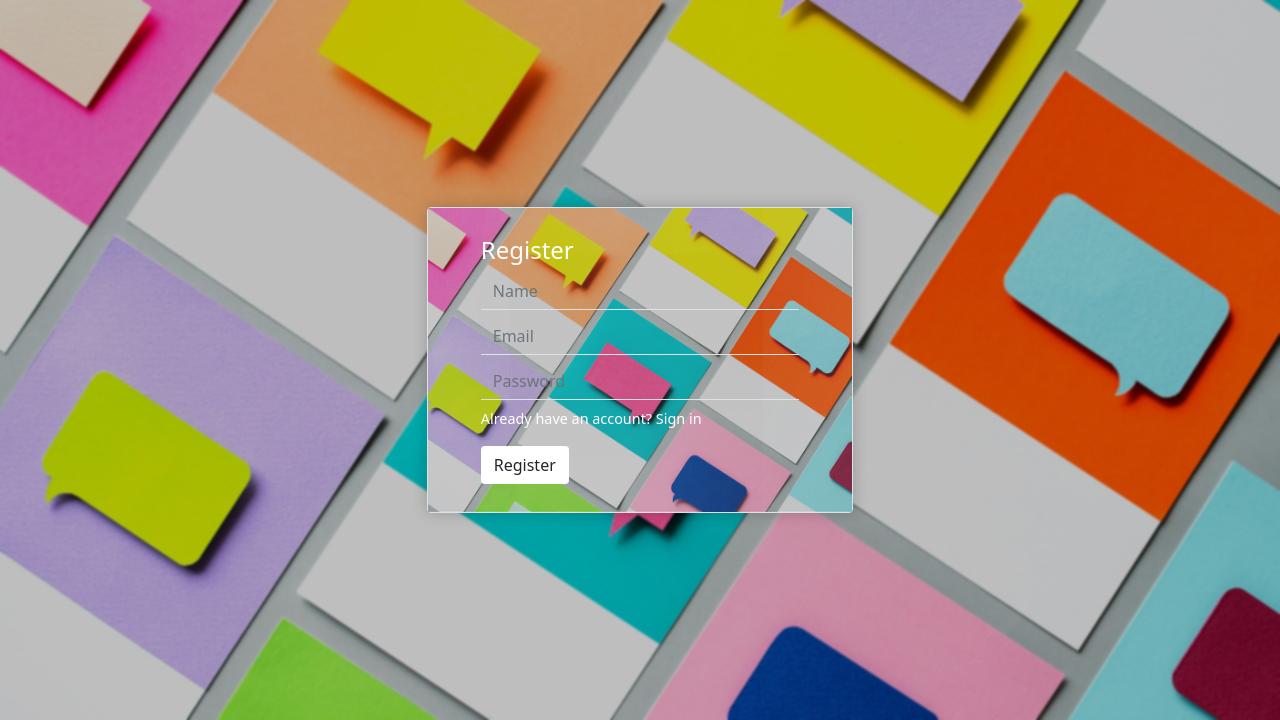
Repository: SaudCh/React-login
Page: /register
These files come from the project's save history. The page is drawn as it stood at one moment and after the next save; the edit follows.
The browser window is 1280 px wide. The pictures show the whole page.
The project was rebuilt for these pictures with package versions that can differ from the ones it lists, and the page was loaded fresh each time. Also part of the build but not shown: src/Components/Login/loginValidation.js, src/Components/Login/Login.jsx, src/Components/Shared/Header.jsx, src/Components/NotFound/NotFound.jsx.

Above is the page before, as saved 2022-02-06 15:30:55.

After the next save:
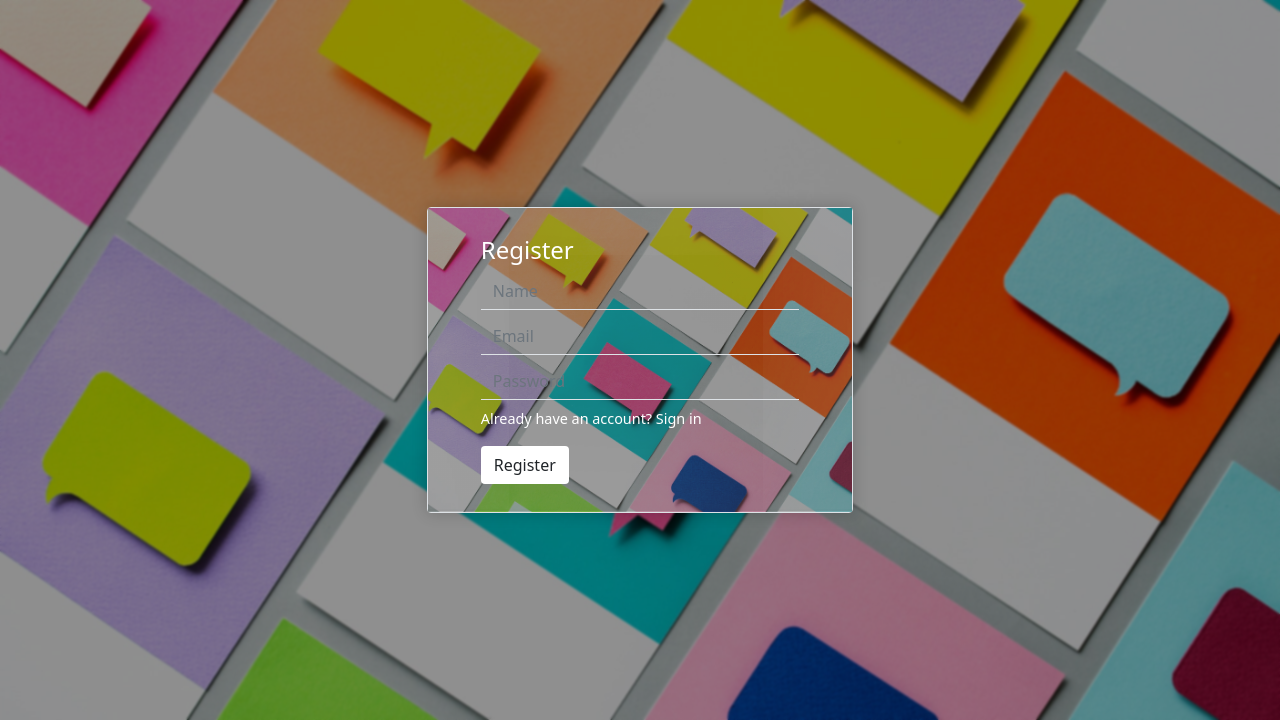
Saved 41 s later.
--- a/src/Components/Register/Register.css
+++ b/src/Components/Register/Register.css
@@ -1,5 +1,5 @@
 .background-image {
-  background-image: linear-gradient(rgba(0, 0, 0, 0.2), rgba(0, 0, 0, 0.2)),
+  background-image: linear-gradient(rgba(0, 0, 0, 0.4), rgba(0, 0, 0, 0.4)),
     url("../Images/back.jpg");
   background-position: center;
   background-repeat: no-repeat;
